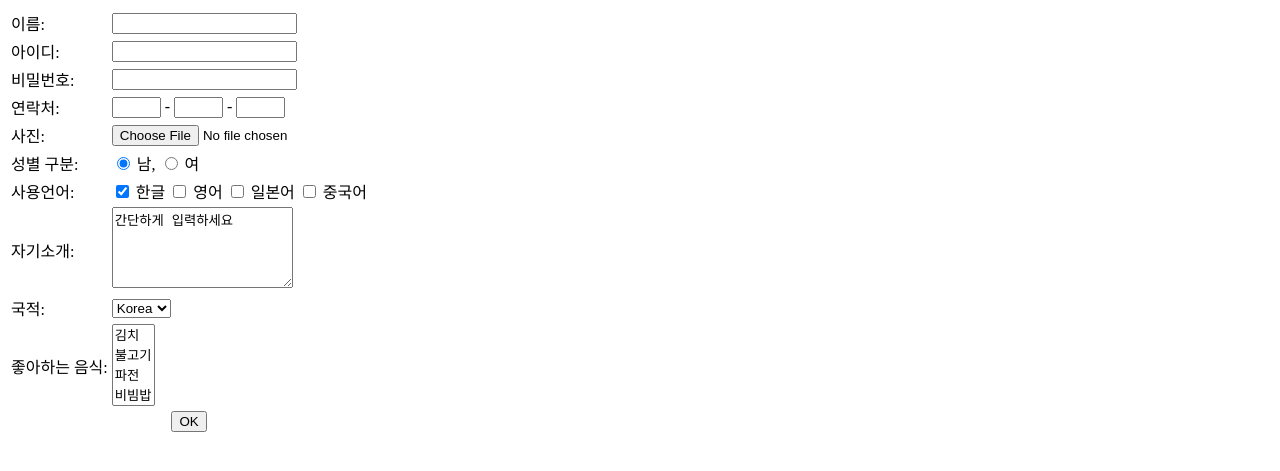
Repository: tjdwlsaos22/TJ_JSP
Page: jsp/HTML/src/main/webapp/Lec06.html
The author's editor kept a copy of each file at every save. The page is drawn from the files as they stood at one save, then again after the next save.
The browser window is 1280 px wide. The pictures show the whole page.

Above is the page before, as saved 2024-01-17 05:11:17.

### jsp/HTML/src/main/webapp/Lec06.html
<!DOCTYPE html>
<html>
	<head>
		<meta charset="UTF-8">
		<title>Insert title here</title>
	</head>
	<body>
		<form action="#" method="get">
			<table>
				<tr>
					<td>이름:</td>
					<td><input type="text" name="userName"></td>
				</tr>
				<tr>
					<td>아이디:</td>
					<td><input type="text" name="userId"></td>
				</tr>
				<tr>
					<td>비밀번호:</td>
					<td><input type="password" name="userPassword"></td>
				</tr>
				<tr>
					<td>연락처:</td>
					<td>
						<input type="text" name="phone1" size="3"> -
						<input type="text" name="phone2" size="3"> -
						<input type="text" name="phone3" size="3">
					</td>
				</tr>
				<tr>
					<td>사진:</td>
					<td><input type="file" name="picture"></td>
				</tr>
				<tr>
					<td>성별 구분:</td>
					<td>
						<input type="radio" name="gender" value="man" checked="checked"> 남,
						<input type="radio" name="gender" value="woman"> 여
					</td>
				</tr>
				<tr>
					<td>사용언어:</td>
					<td>
						<input type="checkbox" name="lang" value="kor" checked="checked"> 한글
						<input type="checkbox" name="lang" value="eng"> 영어
						<input type="checkbox" name="lang" value="jpn"> 일본어
						<input type="checkbox" name="lang" value="chn"> 중국어
					</td>
				</tr>
				<tr>
					<td>자기소개:</td>
					<td><textarea rows="5" cols="20" name="introduce">간단하게 입력하세요</textarea></td>
				</tr>
				<tr>
					<td>국적:</td>
					<td>
						<select name="nationally">
							<option>Korea</option>
							<option>USA</option>
							<option>Japan</option>
							<option>China</option>
						</select>
					</td>
				</tr>
				<tr>
					<td>좋아하는 음식:</td>
					<td>
						<select multiple="multiple" name="food">
							<option>김치</option>
							<option>불고기</option>
							<option>파전</option>
							<option>비빔밥</option>
						</select>
					</td>
				</tr>
				<tr>
					<td colspan="3" align="center"><input type="submit" name="order" value="OK"></td>
				</tr>
			</table>
		</form>
	</body>
</html>

After the next save:
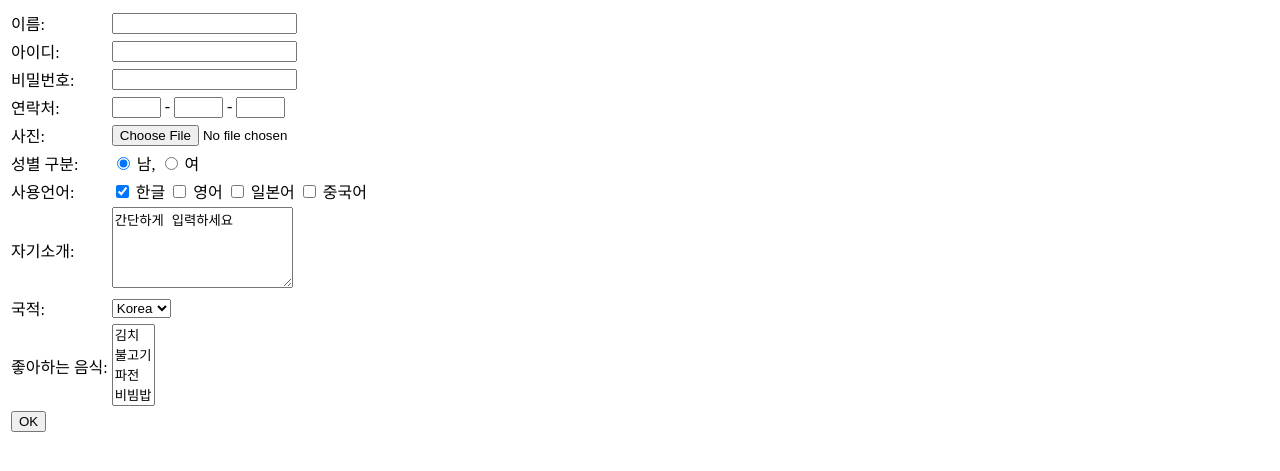
Saved 13 s later.
--- a/jsp/HTML/src/main/webapp/Lec06.html
+++ b/jsp/HTML/src/main/webapp/Lec06.html
@@ -74,7 +74,7 @@
 					</td>
 				</tr>
 				<tr>
-					<td colspan="3" align="center"><input type="submit" name="order" value="OK"></td>
+					<td colspan="3" align="left"><input type="submit" name="order" value="OK"></td>
 				</tr>
 			</table>
 		</form>

After the save that followed:
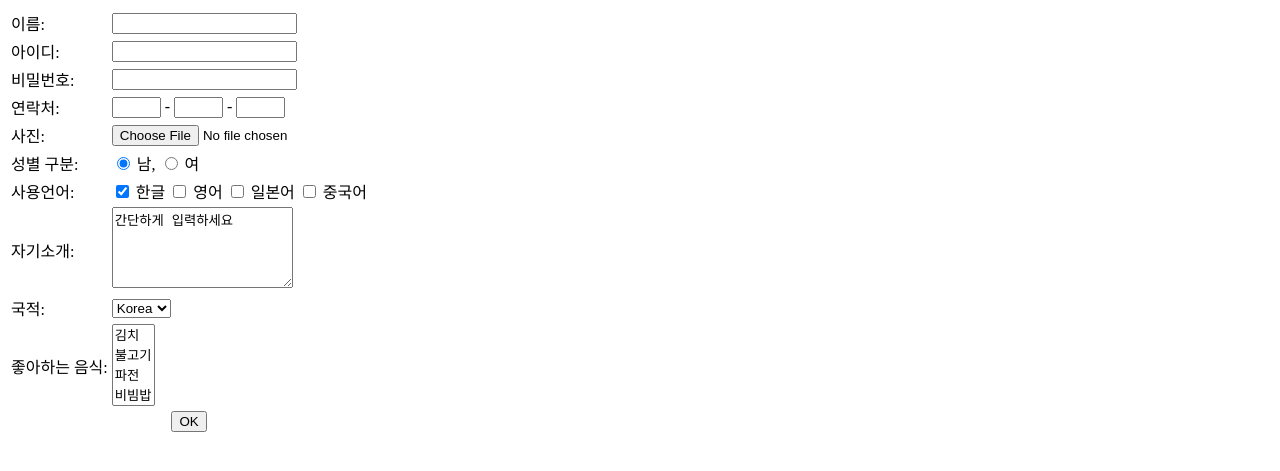
Saved 11 s later.
--- a/jsp/HTML/src/main/webapp/Lec06.html
+++ b/jsp/HTML/src/main/webapp/Lec06.html
@@ -74,7 +74,7 @@
 					</td>
 				</tr>
 				<tr>
-					<td colspan="3" align="left"><input type="submit" name="order" value="OK"></td>
+					<td colspan="2" align="center"><input type="submit" name="order" value="OK"></td>
 				</tr>
 			</table>
 		</form>
